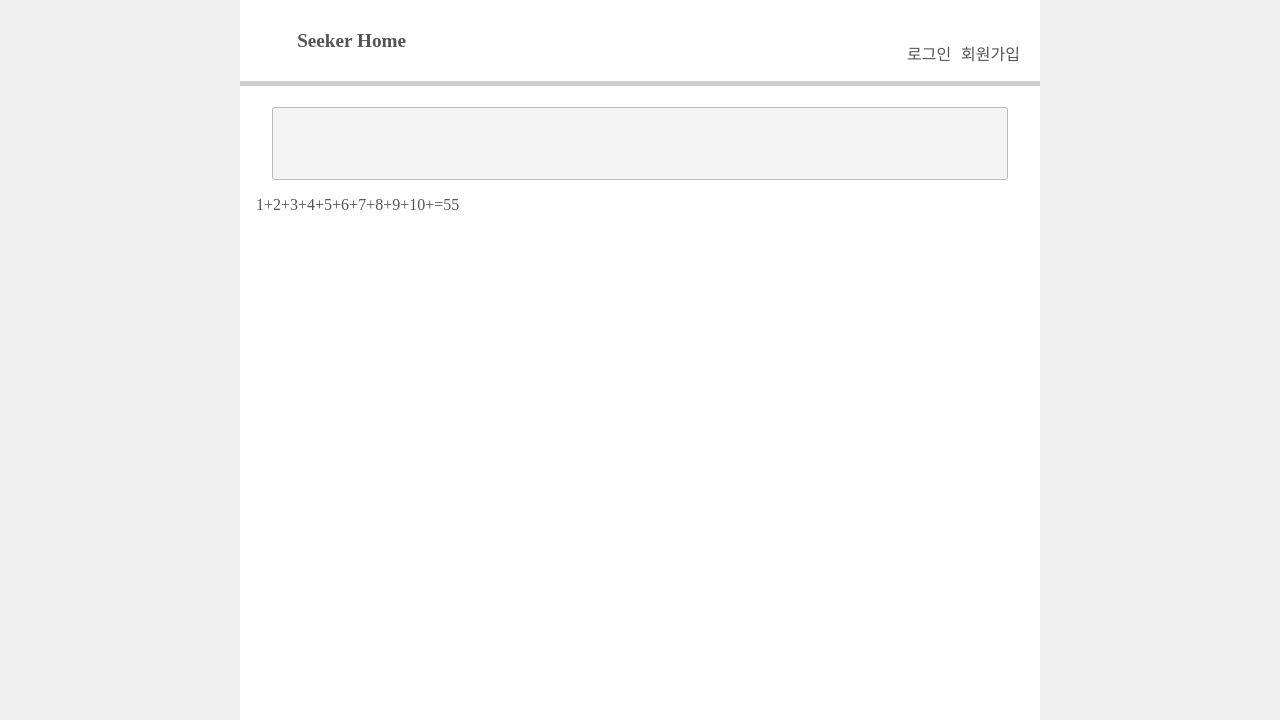
Repository: Seeker2250/JspTest
Page: http://localhost/jspPro/days01/ex03_03.jsp
An editor plug-in stored every save of this project. The page is shown before and after the next save, followed by the edit.
The browser window is 1280 px wide. The pictures show the whole page.
Some web fonts or font styles are not loaded; a fallback is used. The page is served by Tomcat 9. Other server files are loaded and not shown.

Above is the page before, as saved 2024-10-15 05:41:51.

### jspPro/src/main/webapp/days01/ex03_03.jsp
<%@ page language="java" contentType="text/html; charset=UTF-8"
    pageEncoding="UTF-8"%>
<!DOCTYPE html>
<html>
<head>
<meta charset="UTF-8">
<title>Insert title here</title>
<link rel="shortcut icon" type="image/x-icon" href="http://localhost/jspPro/images/SiSt.ico">
<script src="https://ajax.googleapis.com/ajax/libs/jquery/3.7.1/jquery.min.js"></script>
<meta name="viewport" content="width=device-width, initial-scale=1.0">
<link rel="stylesheet" href="http://localhost/jspPro/resources/cdn-main/example.css">
<script src="http://localhost/jspPro/resources/cdn-main/example.js"></script>
<style>
 span.material-symbols-outlined{
    vertical-align: text-bottom;
 }
</style>
</head>
<body>
<header>
  <h1 class="main"><a href="#" style="position: absolute;top:30px;">Seeker Home</a></h1>
  <ul>
    <li><a href="#">로그인</a></li>
    <li><a href="#">회원가입</a></li>
  </ul>
</header>
<div>
 <xmp class="code">

  </xmp>
  <p id="demo"></p>
  <%
  int sum = 0;
  for(int i = 1; i <= 10; i++){
	  sum +=i;
	  out.write(i+"+");
  }
  out.write("=" + sum);
  %>


 <script>
 const arr = []
 for (var i = 0; i <= 10; i++) arr.push(i);
 </script>
</div>
</body>
</html>

### jspPro/src/main/webapp/resources/cdn-main/example.css
@charset "UTF-8";

@import url('https://fonts.googleapis.com/css2?family=Material+Symbols+Outlined:opsz,wght,FILL,GRAD@20..48,100..700,0..1,-50..200');

@font-face {
    font-family: 'GmarketSansMedium';
    src: url('https://cdn.jsdelivr.net/gh/projectnoonnu/noonfonts_2001@1.1/GmarketSansMedium.woff') format('woff');
    font-weight: normal;
    font-style: normal;
}

:root {
	--text-color: #555;
	--sub-text-color: #777;
	--back-color: #EFEFEF;
	--header-color: #444;
	--primary-color: #DEDEDE;
	--secondary-color: #EFEFEF;
	--default-width: 800px;
	--narrow-width: 500px;
	--wide-width: 1200px;
	--text-font: 'GmarketSansMedium';
	--icon-font: 'Material Symbols Outlined';
	--border-color: #CCC;
}

html, body {
	margin: 0;
	padding: 0;
}

html {
	background-color: var(--back-color);
	display: flex;
	justify-content: center;
	min-height: 100vh;
}

body, body.default {
	width: var(--default-width);
	background-color: white;
	padding-bottom: 120px;
}

body.wide {
	width: var(--wide-width);
}

body.narrow {
	width: var(--narrow-width);
}



body, p, div, span, a, input, select, option, textarea, button, table, th, td, label, fieldset, legend {
	font-family: var(--text-font);
	color: var(--text-color);
}

h1, h2, h3 {
	font-family: var(--text-font);
	color: var(--header-color);
	padding: 0 1rem;
	padding-top: .5rem;
}

div > h1, div > h2, div > h3 {
	padding: 0;
}

body > div, body > main > div {
	padding: 0.3rem 1rem;
}


h1 { font-size: 2rem; border-bottom: 1px solid var(--border-color); }
h1 small { font-size: 1.2rem; color: var(--sub-text-color); }
h2 { font-size: 1.5rem; border-bottom: 1px dashed var(--border-color); }
h2 small { font-size: 1.1rem; color: --sub-text-color; }
h3 { font-size: 1.2rem; }
h3 small { font-size: 1rem; color: --sub-text-color; }



h1.main::before {
	font-family: var(--icon-font);
  	content: '\e666';
  	margin-right: 10px;
  	float: left;
	font-size: 2.5rem;
}

h1.sub::before {
	font-family: var(--icon-font);
  	content: '\ea19';
  	margin-right: 10px;
  	float: left;
	font-size: 2.5rem;
}


h1.page::before {
	font-family: var(--icon-font);
  	content: '\e0e0';
  	margin-right: 10px;
  	float: left;
	font-size: 2.5rem;
}

body > header > ul > li > .active{
	background-color: #FFF;
	color:#F00;
}

body > header {
	display: flex;
	justify-content: space-between;
	border-bottom: 5px solid var(--border-color);
	min-height: 74px;
	background-color: #FFF;
}

body > header.sticky {
	position: sticky;
	top: 0;
	z-index: 98;
}

body > header > h1 {
	font-size: 1.2rem;
	border: 0;
}

body > header.in > h1::before {
	font-family: var(--icon-font);
  	content: '\e332‥';
  	margin-right: 3px;
  	float: left;
	font-size: 2rem;
}


body > header > ul {
	list-style-type: none;
	display: flex;
	align-items: flex-end;
	margin-right: 10px;
}

body > header > ul > li {
	margin-right: 10px;
	cursor: pointer;
}

body > header > ul > li > a {
	cursor: pointer;
}


form {
	display: block;
}

form > div {
	padding: 0.3rem 1rem;
}

div > form > div {
	padding: 0.3rem 0;
}

input, textarea, button, select {
	border: 1px solid #BBB;
	border-radius: 3px;
	outline: none;
	resize: none;
	padding: 7px;
	margin: 0;
}

input[type=text]:read-only, textarea:read-only {
	cursor: not-allowed;
	background-color: #FFF;
}

input[type=text]:disabled, textarea:disabled {
	cursor: not-allowed;
	background-color: #EEE;
}

input[type=text], input[type=password], textarea, button, select {
	/* width: 300px; */
}

textarea {
	display: block;
	height: 100px;
}

input[type=button], input[type=submit], button {
	/* width: inherit; */
}

input.short, textarea.short, button.short, select.short {
	width: 100px;
}

input.long, textarea.long, button.long, select.long {
	width: 350px;
}

.narrow input.long, .narrow textarea.long, .narrow button.long, .narrow select.long {
	width: calc(100% - 20px);
}

input.full, textarea.full, button.full, select.full {
	width: calc(100% - 20px);
}

textarea.short {
	height: 50px;
}

textarea.long {
	height: 100px;
}

textarea.full {
	height: 200px;
}

input, textarea {
	padding-top: 8px;
}

input[type=button], input[type=submit], button {
	padding: 5px 10px;
	background-color: var(--secondary-color);
	cursor: pointer;
	min-height: 36px;
}

input[type=button].primary, input[type=submit].primary, button.primary {
	/* background-color: rgba(100, 149, 237, .2); */
	background-color: var(--primary-color);
}

input[type=button].primary:hover, input[type=submit].primary:hover, button.primary:hover {
	/* background-color: rgba(100, 149, 237, .3); */
	background-color: var(--secondary-color);
}

input[type=button]:hover, input[type=submit]:hover, button:hover {
	background-color: var(--primary-color);
}

button {
	position: relative;
	left: 0;
	top: 0;
	padding-left: 35px;
}

button .material-symbols-outlined {
	position: absolute;
	left: 10px;
	top: 4px;
}

/* k2nik add */
button.login::before {
	font-family: var(--icon-font);
  	content: '\ea77';
	position: absolute;
	left: 11px;
	top: 4px;
	font-size: 1.25rem;
}

/* k2nik logout */
button.logout::before {
	font-family: var(--icon-font);
  	content: '\e9ba';
	position: absolute;
	left: 11px;
	top: 4px;
	font-size: 1.25rem;
}

/* k2nik help */
button.help::before {
	font-family: var(--icon-font);
  	content: '\f1c0';
	position: absolute;
	left: 11px;
	top: 4px;
	font-size: 1.25rem;
}

button.add::before{
	font-family: var(--icon-font);
  	content: '\e746';
	position: absolute;
	left: 11px;
	top: 4px;
	font-size: 1.25rem;
}

button.back::before {
	font-family: var(--icon-font);
  	content: '\e166';
	position: absolute;
	left: 11px;
	top: 4px;
	font-size: 1.25rem;
}

button.list::before {
	font-family: var(--icon-font);
  	content: '\e0ee';
	position: absolute;
	left: 11px;
	top: 4px;
	font-size: 1.25rem;
}


button.del::before {
	font-family: var(--icon-font);
  	content: '\e872';
	position: absolute;
	left: 11px;
	top: 4px;
	font-size: 1.25rem;
}


button.edit::before {
	font-family: var(--icon-font);
  	content: '\e745';
	position: absolute;
	left: 11px;
	top: 4px;
	font-size: 1.25rem;
}


button.login::before {
	font-family: var(--icon-font);
  	content: '\ea77';
	position: absolute;
	left: 11px;
	top: 4px;
	font-size: 1.25rem;
}


button.logout::before {
	font-family: var(--icon-font);
  	content: '\e9ba';
	position: absolute;
	left: 11px;
	top: 4px;
	font-size: 1.25rem;
}


button.in::before {
	font-family: var(--icon-font);
  	content: '\f71a';
	position: absolute;
	left: 11px;
	top: 4px;
	font-size: 1.25rem;
}


button.out::before {
	font-family: var(--icon-font);
  	content: '\f70e';
	position: absolute;
	left: 11px;
	top: 4px;
	font-size: 1.25rem;
}


button.reply::before {
	font-family: var(--icon-font);
  	content: '\e15e';
	position: absolute;
	left: 11px;
	top: 4px;
	font-size: 1.25rem;
}


button.comment::before {
	font-family: var(--icon-font);
  	content: '\e0b9';
	position: absolute;
	left: 11px;
	top: 4px;
	font-size: 1.25rem;
}


button.modal::before {
	font-family: var(--icon-font);
  	content: '\e89e';
	position: absolute;
	left: 11px;
	top: 4px;
	font-size: 1.25rem;
}


button.ok::before {
	font-family: var(--icon-font);
  	content: '\e86c';
	position: absolute;
	left: 11px;
	top: 4px;
	font-size: 1.25rem;
}


button.cancel::before {
	font-family: var(--icon-font);
  	content: '\e5c9';
	position: absolute;
	left: 11px;
	top: 4px;
	font-size: 1.25rem;
}

button.search::before {
	font-family: var(--icon-font);
  	content: '\e8b6';
	position: absolute;
	left: 11px;
	top: 4px;
	font-size: 1.25rem;
}

button.home::before {
	font-family: var(--icon-font);
  	content: '\e88a';
	position: absolute;
	left: 11px;
	top: 4px;
	font-size: 1.25rem;
}


button.sidebar::before {
	font-family: var(--icon-font);
  	content: '\f7e4';
	position: absolute;
	left: 11px;
	top: 4px;
	font-size: 1.25rem;
}


button.sidebar-right::before {
	font-family: var(--icon-font);
  	content: '\f7e5';
	position: absolute;
	left: 11px;
	top: 4px;
	font-size: 1.25rem;
}




button::before {
	font-family: var(--icon-font);
  	content: '\e323';
	position: absolute;
	left: 11px;
	top: 4px;
	font-size: 1.25rem;
}


table {
	border-collapse: collapse;
	margin: 1rem;
	box-sizing: border-box;
	width: calc(100% - 32px);
}

table.content {
	width: auto;
}

div > table {
	margin: 0;
}

table th, table td {
	border: 1px solid var(--border-color);
	padding: 7px;
	font-weight: normal;
}

table th {
	background-color: var(--back-color);
}

table.vertical th {
	width: 150px;
}

table.vertical td {
	width: calc(100% - 182px);
	padding-left: 10px;
}

table.content td, table.content th {
	width: auto;
}

body.narrow table.vertical th {
	width: 100px;
}

body.narrow table.vertical td {
	width: calc(100% - 182px);
}


table + table {
	margin-top: 30px;
}


p {
	padding: 0 1rem;
}

a {
	text-decoration: none;
}

a:hover {
	color: rgba(255, 99, 71, .7);
}

hr {
	border: 0;
	border-top: 1px solid var(--border-color);
	margin: 2rem 0;
}

.message {
	border: 1px solid var(--border-color);
	background-color: #EFEFEF;
	margin: 1rem;
	width: auto;
	padding-top: 10px;
	padding-bottom: 10px;
	font-size: 14px;
}

.message[title]::before {
	content: attr(title);
	display: block;
	border-bottom: 1px solid var(--border-color);
	padding-bottom: 5px;
	margin-bottom: 10px;
	margin-top: 7px;
}

.message.short {
	max-width: 250px;
}

.message.long {
	max-width: 500px;
}

.badge {
	float: right;
	font-size: .8rem;
	margin-top: 2px;
	margin-right: 2px;
	text-shadow: 0 0 7px gray;
}

.badge.left {
	float: none;
	margin-left: 2px;
}

.badge.right {
	float: right;
}

.badge.red {
	border-radius: 50%;
	padding: 2px 5px;
	background-color: rgb(255, 99, 71, .3);
}

.badge.yellow {

	border-radius: 50%;
	padding: 2px 5px;
	background-color: rgb(255, 215, 0, .5);
}

.badge.blue {
	border-radius: 50%;
	padding: 2px 5px;
	background-color: rgb(100, 149, 237, .3);
}

label + label {
	margin-left: 7px;
}

label input[type=checkbox], label input[type=radio] {
	transform: translate(0, 1px);
}

.group {
	display: flex;
}

.modal-content .group {
	margin-bottom: .5rem;
}

.group label {
	border: 1px solid #BBB;
	border-radius: 3px;
	outline: none;
	resize: none;
	padding: 7px 14px;
	margin: 0;
	border-top-right-radius: 0;
	border-bottom-right-radius: 0;
	background-color: #EFEFEF;
	white-space: nowrap;
	font-size: 14px;
}

.group input[type=text] {
	margin-left: -1px;
	border-top-left-radius: 0;
	border-bottom-left-radius: 0;
}

.group select {
	margin-left: -1px;
	border-top-left-radius: 0;
	border-bottom-left-radius: 0;
}

.group input.full[type=text] {
	margin-left: -1px;
	border-top-left-radius: 0;
	border-bottom-left-radius: 0;
	width: 100%;
}

.group input[type=button]:first-child, .group button:first-child {
	border-top-left-radius: 3px;
	border-bottom-left-radius: 3px;
	margin-left: 0px;
}

.group input[type=button], .group button {
	border-radius: 0;
	margin-left: -1px;
}

.group input[type=button]:last-child, .group button:last-child {
	margin-left: -1px;
	border-top-right-radius: 3px;
	border-bottom-right-radius: 3px;
}

.seperate {
	display: flex;
	justify-content: space-between;
}

div.list {
	width: max-content;
	margin: 1rem;
	border: 1px solid #BBB;
	border-radius: 3px;
	padding: 0;
}

div.list.full {
	width: auto;
	display: block;
	margin: 1rem;
	border: 1px solid #BBB;
	border-radius: 3px;
	padding: 0;
}

div.list > div {
	padding: .5rem 1rem;
	margin: 0;
	border-bottom: 1px solid #BBB;
}

div.list > div:last-child {
	border-bottom: 0;
}

pre.code , xmp.code{
	font-family: consols;
	background-color: rgba(150, 150, 150, .1);
	border: 1px solid #BBB;
	border-radius: 3px;
	padding: .5rem 1rem;
	padding-bottom: .6rem;
	margin: 1rem;
}




*[data-modal-window] {
	position: fixed;
	background-color: rgba(0, 0, 0, .3);
	left: 0;
	top: 0;
	display: none;
	justify-content: center;
	align-items: flex-start;
	width: 100%;
	min-height: 100vh;
	z-index: 100;
	opacity: 0;
	transition: 500ms all;
}

*[data-modal-window] .modal-container {
	border-radius: 5px;
	padding: 1rem;
	padding-bottom: .5rem;
	margin-top: -500px;
	opacity: 0;
	width: 500px;
	background-color: #FFF;
	margin-right: 2rem;
	transition: 500ms all;
}

*[data-modal-size=content] .modal-container {
	width: auto;
}

*[data-modal-size=narrow] .modal-container {
	width: 300px;
}

*[data-modal-size=wide] .modal-container {
	width: 760px;
}


*[data-modal-window] .modal-header {
	border-bottom: 1px solid var(--border-color);
	padding: 2px 5px;
}

*[data-modal-window] .modal-content {
	padding: 1rem 5px;
}

*[data-modal-window] .modal-content div:last-child {
	margin-top: 1rem;
	text-align: right;
}



*[data-sidebar-window] {
	position: fixed;
	background-color: #FFF;
	left: 0;
	top: 0;
	display: block;
	width: 300px;
	border-right: 1px solid var(--border-color);
	box-sizing: border-box;
	box-shadow: 0 0 3px var(--back-color);
	min-height: 100vh;
	z-index: 99;
	transform: translate(-300px, 0);
	transition-duration: 500ms;
	transition-property: transform;
}

*[data-sidebar-direction=right] {
	left: auto;
	right: 0;
	transform: translate(300px, 0);
	border-left: 1px solid var(--border-color);
}

*[data-sidebar-size=wide] {
	width: 500px;
	transform: translate(-500px, 0);
}

*[data-sidebar-window] .sidebar-title {
	border-bottom: 1px solid var(--border-color);
	margin-top: 20px;
	margin-bottom: 20px;
	padding-bottom: 5px;
	display: flex;
	justify-content: space-between;
}

*[data-sidebar-window] .sidebar-title span:last-child {
	cursor: pointer;
}


/* K2Nik pagination */
.center {
  text-align: center;
}

.pagination {
  display: inline-block;
}

.pagination a {
  color: black;
  float: left;
  padding: 3px 6px;
  text-decoration: none;
  transition: background-color .3s;
  border: 1px solid #ddd;
  margin: 0 3px;
}

.pagination a.active {
  background-color: #4CAF50;
  color: white;
  border: 1px solid #4CAF50;
}

.pagination a:hover:not(.active) {background-color: #ddd;}

### jspPro/src/main/webapp/resources/cdn-main/example.js

window.onload = () => {

    const list = document.querySelectorAll('input, textarea');

    list.forEach(item => {
        item.setAttribute('autocomplete', 'off');
    });


    const modal_btn_list = document.querySelectorAll('*[data-modal-button]');

    modal_btn_list.forEach(item => {
        item.onclick = function() {

            const name = this.dataset['modalButton'];
            const modal_window = document.querySelector('*[data-modal-window=' + name);

            const container = document.createElement('div');
            container.className = 'modal-container';



            const modal_header = document.createElement('div');
            modal_header.textContent = modal_window.dataset['modalTitle'];
            modal_header.className = 'modal-header';
            container.appendChild(modal_header);

            const modal_content = document.createElement('div');
            modal_content.className = 'modal-content';
            container.appendChild(modal_content);

            Array.from(modal_window.childNodes).forEach(item => {
                modal_content.appendChild(item);
            });

            modal_window.appendChild(container);

            modal_window.style.display = 'flex';

            setTimeout(() => {
                modal_window.style.opacity = 1;
                container.style.marginTop = '20px';
                container.style.opacity = 1;
            }, 50);


            const modal_ok = document.querySelector('*[data-modal-ok=' + name);
            modal_ok.addEventListener('click', function() {
                modal_window.style.opacity = 0;
                container.style.marginTop = '-500px';
                container.style.opacity = 0;

                setTimeout(() => {
                    modal_window.innerHTML = modal_content.innerHTML;
                    modal_window.style.display = 'none';
                }, 500);

            });

            const modal_cancel = document.querySelector('*[data-modal-cancel=' + name);
            modal_cancel.addEventListener('click', function() {

                modal_window.style.opacity = 0;
                container.style.marginTop = '-500px';
                container.style.opacity = 0;

                setTimeout(() => {
                    modal_window.innerHTML = modal_content.innerHTML;
                    modal_window.style.display = 'none';
                }, 500);
            });


        };
    });


    const sidebar_btn_list = document.querySelectorAll('*[data-sidebar-button]');

    sidebar_btn_list.forEach(item => {
        item.onclick = function() {



            const name = this.dataset['sidebarButton'];
            const sidebar_window = document.querySelector('*[data-sidebar-window=' + name);

            if (sidebar_window.style.transform == 'translate(0px, 0px)') return;



            sidebar_window.style.transform = 'translate(0, 0)';

            const sidebar_title = document.createElement('div');
            sidebar_title.className = 'sidebar-title';
            sidebar_title.innerHTML = '<span>' + sidebar_window.dataset['sidebarTitle'] + '</span><span class="material-symbols-outlined">close</span>';

            sidebar_title.children[1].onclick = function() {

                let sign = 1;
                let distance = 300;

                if (sidebar_window.dataset['sidebarDirection'] != 'right') {
                    sign = -1;
                } else {
                    sign = 1;
                }

                if (sidebar_window.dataset['sidebarSize'] != 'wide') {
                    distance = 300;
                } else {
                    distance = 500;
                }

                distance *= sign;

                sidebar_window.style.transform = 'translate(' + distance + 'px, 0)';

                setTimeout(function() {
                    sidebar_window.removeChild(sidebar_window.children[0]);
                }, 500);
            };


            sidebar_window.prepend(sidebar_title);

        }
    });

};

// window.onkeydown = function(event) {

//     if (event.keyCode == 27) {
//         if (document.querySelector('[data-modal-window').style.display == 'flex') {
//             document.querySelector('[data-modal-window').style.display = 'none';
//         }
//     }

// };

After the next save:
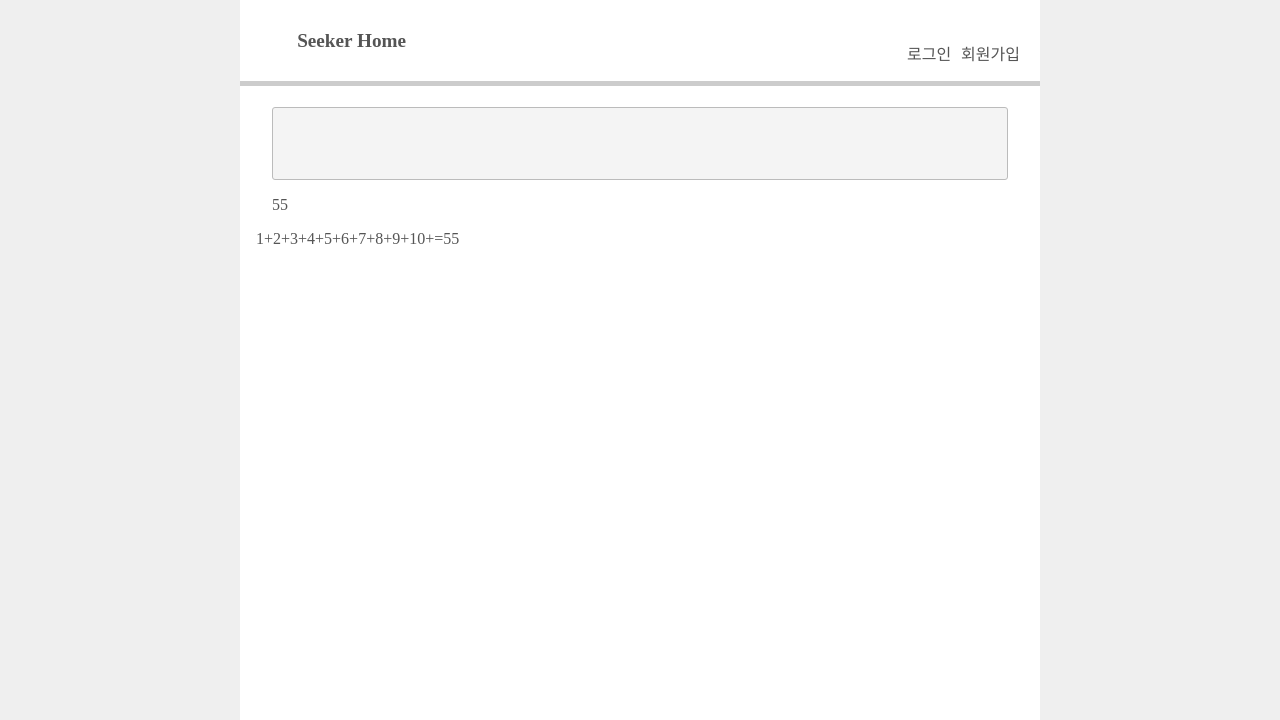
Saved 61 s later.
--- a/jspPro/src/main/webapp/days01/ex03_03.jsp
+++ b/jspPro/src/main/webapp/days01/ex03_03.jsp
@@ -42,6 +42,8 @@
  <script>
  const arr = []
  for (var i = 0; i <= 10; i++) arr.push(i);
+ let result = arr.reduce((total, value)=>total+value);
+ $("#demo").html(`\${result}`);
  </script>
 </div>
 </body>
